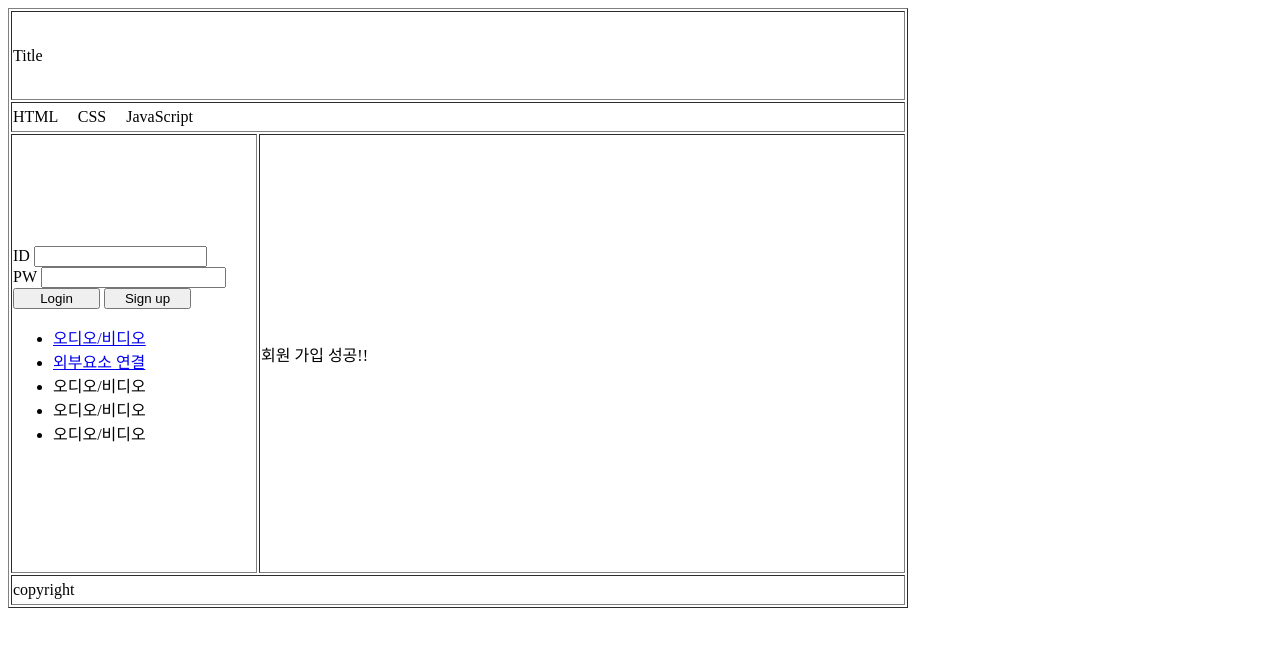
Repository: Hwangjiwon/MultiCampus
Page: http://localhost/2Study/jsp/member_insert_ok.jsp
An editor plug-in stored every save of this project. The page is shown before and after the next save, followed by the edit.
The browser window is 1280 px wide. The pictures show the whole page.
The page is served by Tomcat 9.

Above is the page before, as saved 2019-05-31 05:36:14.

After the next save:
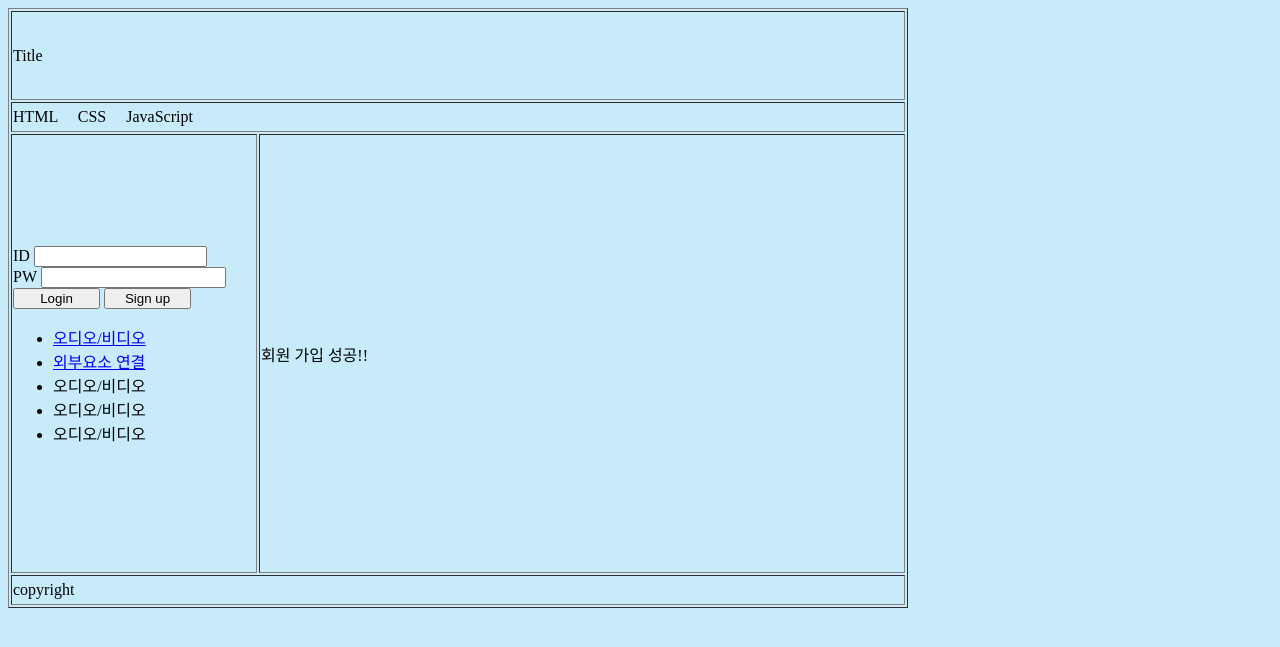
Saved 24 min 46 s later.
--- a/2Study/WebContent/jsp/header.jsp
+++ b/2Study/WebContent/jsp/header.jsp
@@ -5,6 +5,10 @@
 <head>
 <meta charset="UTF-8">
 <title>HOME</title>
+<style type="text/css">
+	body{background: #C8EBFA;}
+	h3 {background: blue; color:white; text-align:center;}
+</style>
 </head>
 <body>
 	<table border="1" width="900" height="600">
